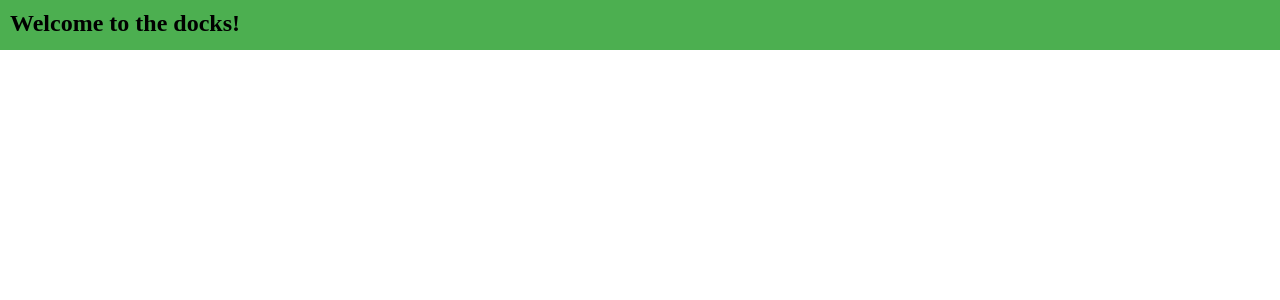
Repository: charliejp0311/java-final-proj
Page: dockWalk-frontend/index.html
An editor plug-in stored every save of this project. The page is shown before and after the next save, followed by the edit.
The browser window is 1280 px wide. The pictures show the whole page.
The page's requests for data from a server got no answer.

Above is the page before, as saved 2020-08-27 15:59:07.

### dockWalk-frontend/index.html
<!DOCTYPE html>
<html lang="en" dir="ltr">
    <head>
        <meta charset="utf-8">
        <link rel="stylesheet" href="style.css">
        <title>Dock Walk</title>
    </head>
    <body>
        <header>
            <h2>Welcome to the docks!</h2>
        </header>
        <main id="dock">

        </main>
    </body>
    <script type="application/javascript" src="src/index.js" charset="UTF-8"></script>
    <script type="application/javascript" src="src/dock.js" charset="UTF-8"></script>
</html>

### dockWalk-frontend/style.css
body {
    margin: 0;
    padding: 0;
}

header {
    background-color: #4caf50;
    margin: 0 auto;
    height: 50px;
}

header h2 {
    padding: 10px;
    margin: 0;
}

main {
    display: grid;
    grid-template-columns: 1fr;
    grid-template-rows: auto;
    grid-gap: 20px;
    padding-top: 10px;
    padding-bottom: 30px;
}

div.card {
    background-color: #eeeeee;
    height: 250px;
    width: 300px;
    box-shadow: 10px 10px grey;
    padding: 10px;
    border-radius: 10px;
}

p {
    font-size: 1.5em;
    color: black;
    font-family: Helvetica;
}

li {
    font-size: 1.05em;
    list-style: none;
    padding-right: 20px;
}

button {
    font-size: .65em;
    color: #fff;
    background-color: green;
    border-radius: 10px;
}

button.release {
    float: right;
    background-color: #E1332D;
}

@media only screen and (min-width: 500px) {
    main {
        grid-template-columns: 1fr 1fr;
    }
}

@media only screen and (min-width: 850px) {
    main {
        grid-template-columns: 1fr 1fr 1fr 1fr;
    }
}

### dockWalk-frontend/src/index.js
document.addEventListener("DOMContentLoaded", function () {
    fetchDocks()
});

### dockWalk-frontend/src/dock.js
class Dock {
    constructor (section){
        this.section = section;
    }

}

let dockCard = (sec,ranges)=> {
    let body = document.getElementById('dock')
    let div = document.createElement('div')
    div.className = 'card'
    // div.addEventListener('click',sectionClick())
    div.innerText = sec.attributes.section
    let ul = document.createElement('ul')
    for (const rng of ranges) {
        let li = document.createElement('li')
        // li.addEventListener('click',rangeClick())
        li.innerText = rng.attributes.range
        ul.appendChild(li)
    }
    div.appendChild(ul)
    body.appendChild(div)
}


let displayDocks = (docks) => {
    let d = docks.data
    let r = docks.included
    for (const section of d) {
        let rngs = r.filter(rng=>rng.relationships.dock.data.id === section.id)
        dockCard(section,rngs)
    }
}

function fetchDocks() {
    return fetch('http://localhost:3000/docks')
    .then(resp => resp.json())
    .then(json=> displayDocks(json))
}

After the next save:
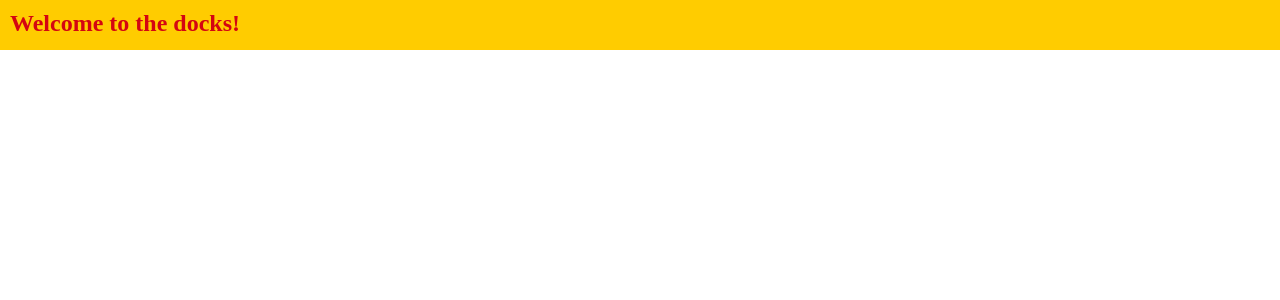
Saved 96 s later.
--- a/dockWalk-frontend/style.css
+++ b/dockWalk-frontend/style.css
@@ -4,7 +4,8 @@ body {
 }
 
 header {
-    background-color: #4caf50;
+    background-color: #FFCC00;
+    color: #D40511;
     margin: 0 auto;
     height: 50px;
 }
